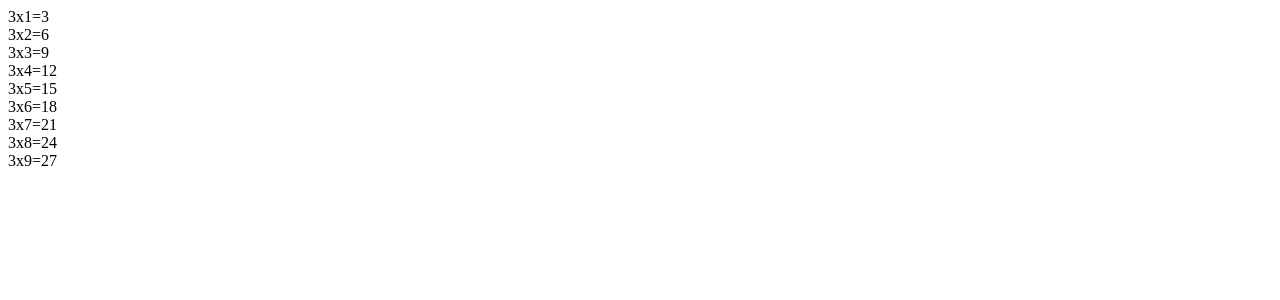
Repository: EunhaKyeong/studyRepo
Page: http://localhost/tutorial/gugu_result.do
These files come from the project's save history. The page is drawn as it stood at one moment and after the next save; the edit follows.
The browser window is 1280 px wide. The pictures show the whole page.
The page is served by Tomcat 9. Other server files are loaded and not shown.

Above is the page before, as saved 2020-12-05 04:00:47.

### SPRING/spring/tutorial/src/main/webapp/WEB-INF/views/test/gugu_result.jsp
<%@ page language="java" contentType="text/html; charset=UTF-8" pageEncoding="UTF-8" %>
<!DOCTYPE html>
<html>
<head>
<meta http-equiv="Content=Type" content="text/html; charset=UTF-8">
<title>Insert title here</title>
</head>
<body>
	${ result }
</body>
</html>

After the next save:
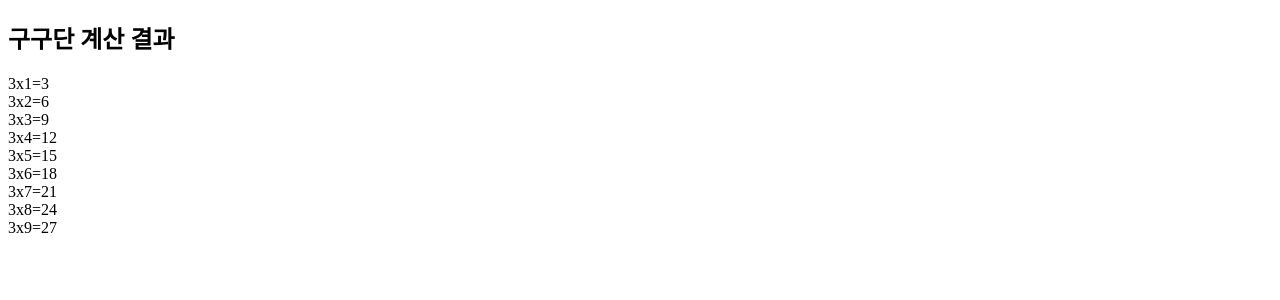
Saved 26 s later.
--- a/SPRING/spring/tutorial/src/main/webapp/WEB-INF/views/test/gugu_result.jsp
+++ b/SPRING/spring/tutorial/src/main/webapp/WEB-INF/views/test/gugu_result.jsp
@@ -6,6 +6,7 @@
 <title>Insert title here</title>
 </head>
 <body>
+	<h2>구구단 계산 결과</h2>
 	${ result }
 </body>
 </html>

After the save that followed:
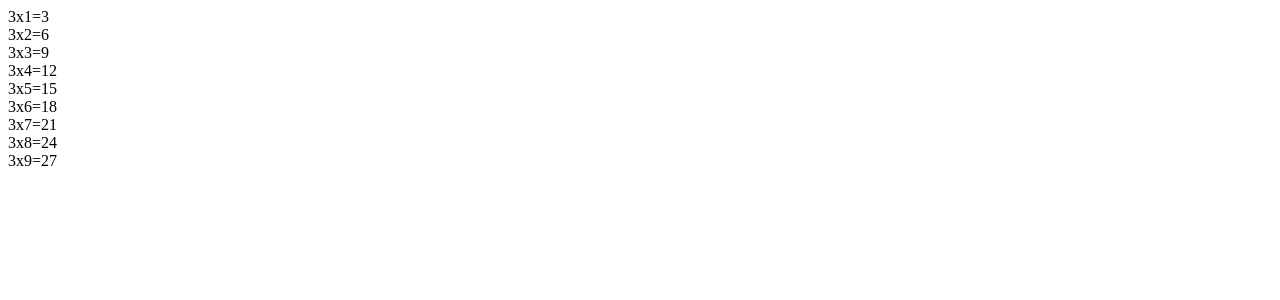
Saved 11 s later.
--- a/SPRING/spring/tutorial/src/main/webapp/WEB-INF/views/test/gugu_result.jsp
+++ b/SPRING/spring/tutorial/src/main/webapp/WEB-INF/views/test/gugu_result.jsp
@@ -6,7 +6,7 @@
 <title>Insert title here</title>
 </head>
 <body>
-	<h2>구구단 계산 결과</h2>
+	<!-- <h2>구구단 계산 결과</h2> -->
 	${ result }
 </body>
 </html>
